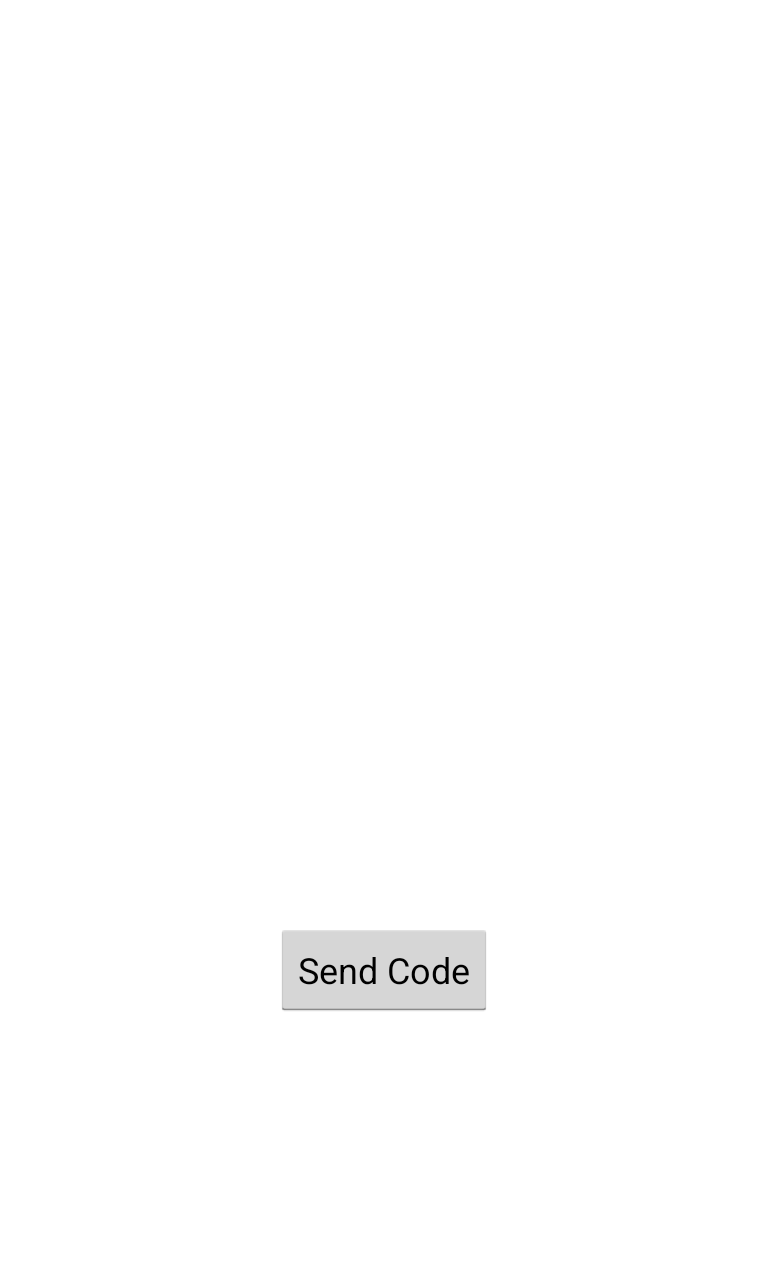
Repository: Cen92/MindCoder
Layout: ANTLRTest/res/layout/activity_send_code.xml
An editor plug-in stored every save of this project. The layout is shown before and after the next save, followed by the edit.
It is drawn on a 768 x 1280 px phone screen (xhdpi) without system bars, with theme AppTheme; the app's code is not run. Lists and similar views that code fills are empty.

Above is the layout before, as saved 2014-03-20 10:47:04.

After the next save:
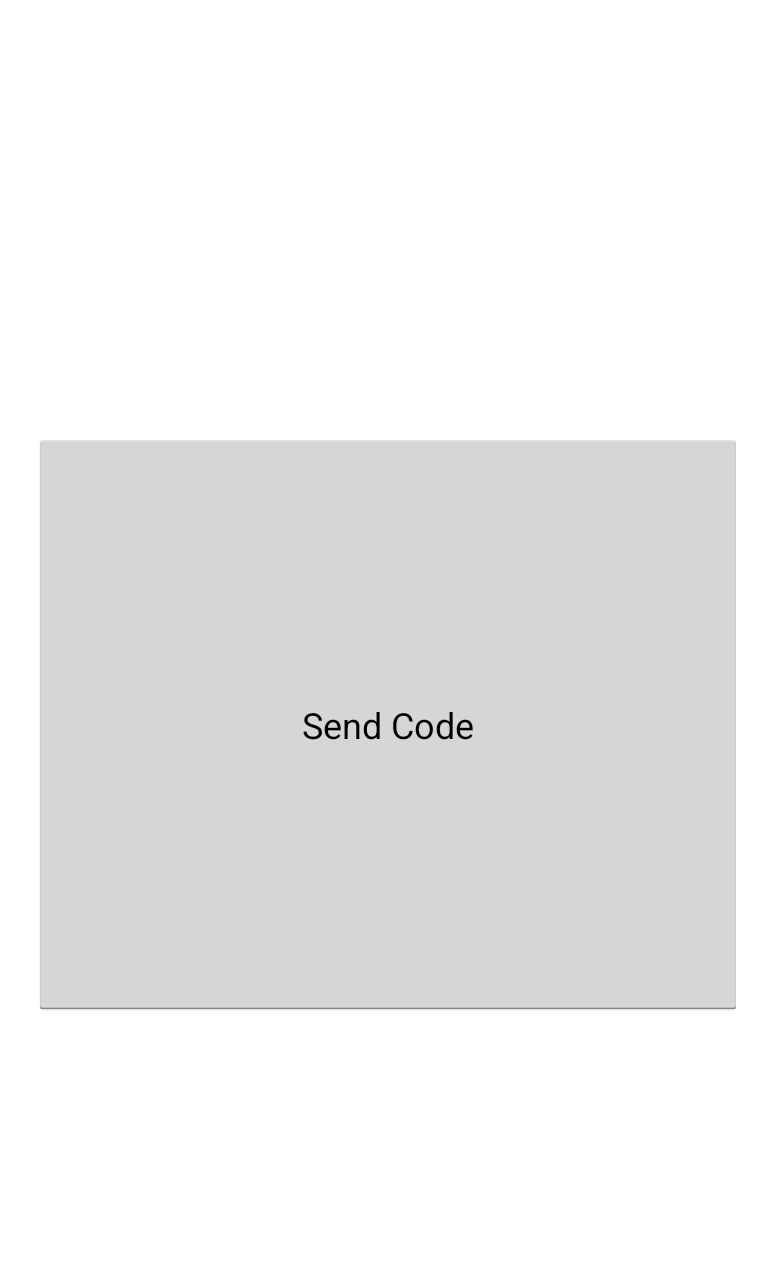
Saved 2 min 2 s later.
--- a/ANTLRTest/res/layout/activity_send_code.xml
+++ b/ANTLRTest/res/layout/activity_send_code.xml
@@ -1,20 +1,28 @@
-<RelativeLayout xmlns:android="http://schemas.android.com/apk/res/android"
+<LinearLayout xmlns:android="http://schemas.android.com/apk/res/android"
     xmlns:tools="http://schemas.android.com/tools"
+    android:id="@+id/LinearLayout1"
     android:layout_width="match_parent"
     android:layout_height="match_parent"
+    android:orientation="vertical"
     android:paddingBottom="@dimen/activity_vertical_margin"
     android:paddingLeft="@dimen/activity_horizontal_margin"
     android:paddingRight="@dimen/activity_horizontal_margin"
     android:paddingTop="@dimen/activity_vertical_margin"
     tools:context=".SendCodeActivity" >
 
+    <ListView
+        android:id="@+id/listView1"
+        android:layout_width="350dp"
+        android:layout_height="200dp"
+        android:layout_marginRight="86dp" >
+    </ListView>
+
     <Button
         android:id="@+id/button_send"
-        android:layout_width="wrap_content"
+        android:layout_width="356dp"
         android:layout_height="wrap_content"
-        android:layout_alignParentBottom="true"
-        android:layout_centerHorizontal="true"
         android:layout_marginBottom="115dp"
+        android:layout_weight="0.15"
         android:text="Send Code" />
 
-</RelativeLayout>
+</LinearLayout>
